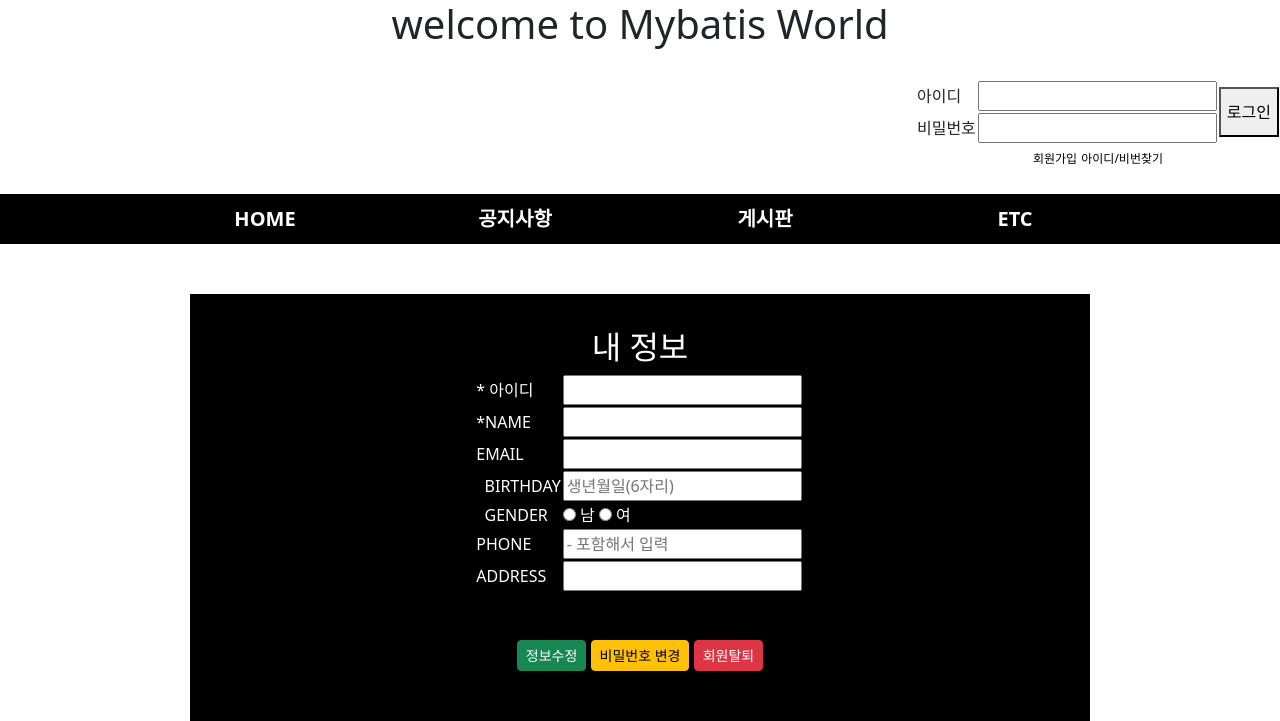
Repository: eru2/Study
Page: http://localhost/mybatisProject/views/member/myPage.jsp
These files come from the project's save history. The page is drawn as it stood at one moment and after the next save; the edit follows.
The browser window is 1280 px wide. The pictures show the whole page.
The page is served by Tomcat 10. Other server files are loaded and not shown.

Above is the page before, as saved 2025-03-06 08:26:34.
Console error: ReferenceError: interest is not defined

### 08_MyBatis/mybatisProject/src/main/webapp/views/member/myPage.jsp
<%@ page language="java" contentType="text/html; charset=UTF-8"
    pageEncoding="UTF-8"%>
<!DOCTYPE html>
<html>
<head>
	<meta charset="UTF-8">
	<meta name="viewport" content="width=device-width, initial-scale=1.0">
	<!-- Latest compiled and minified CSS -->
<link href="https://cdn.jsdelivr.net/npm/bootstrap@5.3.3/dist/css/bootstrap.min.css" rel="stylesheet">

<!-- Latest compiled JavaScript -->
<script src="https://cdn.jsdelivr.net/npm/bootstrap@5.3.3/dist/js/bootstrap.bundle.min.js"></script>
	<title>Insert title here</title>
	<style>
		.outer{
			background: #4b89fc;
			color: white;
			width: 1000PX;
			margin: auto;
			margin-top: 50px;
			padding: 10px 0px 50px;
		}

		.outer table{
			margin: auto;
		}

		#update-pwd-modal .modal-body form{
			display: flex;
			flex-direction: column;
		}
	</style>
</head>
<body>
	<%@ include file="../common/menubar.jsp" %>

	<div class="outer">
		<br>
		<h2 align="center">내 정보</h2>
		<form action="${pageContext.request.contextPath}/update.me" method="post" id="update-form">
			<table>
				<tr>
					<td>* 아이디</td>
					<td><input type="text" name="userId" maxlength="15" readonly value="${loginUser.userId}"></td>
					<td></td>
				</tr>
				<tr>
					<td>*NAME</td>
					<td><input type="text" name="userName" maxlength="8" readonly value="${loginUser.userName}"></td>
					<td></td>
					</tr>
					<tr>

					<td>EMAIL</td>
					<td><input type="text" name="email" value="${loginUser.email}"></td>
					<td></td>
				</tr>
				<tr>
						<td>&nbsp;&nbsp;BIRTHDAY</td>
						<td><input type="text" name="birthday" placeholder="생년월일(6자리)" value="${loginUser.birthday}"></td>
				</tr>
					<tr>
						<td>&nbsp;&nbsp;GENDER</td>
						<td>
							<input type="radio" name="gender" value="M"> 남
							<input type="radio" name="gender" value="F"> 여
						</td>
					</tr>
				<tr>
					<td>PHONE</td>
					<td><input type="text" name="phone" placeholder="- 포함해서 입력" value="${loginUser.phone}"></td>
					<td></td>
				</tr>
				<tr>
					<td>ADDRESS</td>
					<td><input type="text" name="address" value="${loginUser.address}"></td>
					<td></td>
				</tr>
			</table>
			<script>
				const gender = "${loginUser.gender}";
				const input = document.querySelectorAll("input[name=gender]");
					if(interest.includes(input.value)){ // gender에 input.value의 값이 포함되어 있다면
						input.checked = true;
					}
			</script>

			<br><br>

			<div align="center">
				<button type="submit" class="btn btn-sm btn-success">정보수정</button>
				<button type="button" class="btn btn-sm btn-warning" data-bs-toggle="modal" data-bs-target="#update-pwd-modal">비밀번호 변경</button>
				<button type="button" class="btn btn-sm btn-danger" data-bs-toggle="modal" data-bs-target="#delete-member-modal">회원탈퇴</button>
			</div>
		</form>
	</div>
	<!--
		탈퇴하기 버튼 클릭시
		탈퇴 후 복구가 불가능합니다.
		정말 탈퇴하시겠습니까?
		비밀번호 :
		탈퇴하기버튼 -> /delete.me
		=>  /delete.me받은 서버는 비밀번호가 맞는지 확인 후 status -> N으로 변경하고 로그아웃
	 -->



	<!-- 비밀번호 변경 팝업 -->
	<div class="modal" id="update-pwd-modal">
	  <div class="modal-dialog">
	    <div class="modal-content">

	      <!-- Modal Header -->
	      <div class="modal-header">
	        <h4 class="modal-title">비밀번호 변경</h4>
	        <button type="button" class="btn-close" data-bs-dismiss="modal"></button>
	      </div>

	      <!-- Modal body -->
	      <div class="modal-body">
			<form action="${pageContext.request.contextPath}/updatePwd.me" method="post">
				<table align="center">
					<tr>
						<td>현재 비밀번호</td>
						<td><input type="password" name="userPwd" required></td>
					</tr>
					<tr>
						<td>변경할 비밀번호</td>
						<td><input type="password" name="updatePwd" required></td>
					</tr>
					<tr>
						<td>변경할 비밀번호 학인</td>
						<td><input type="password" name="checkPwd" required></td>
					</tr>
				</table>
				<br>
				<button id="edit-pwd-btn" type="submit" class="btn btn-sm btn-primary">비밀번호 변경</button>
			</form>

			<script>
				document.getElementById('edit-pwd-btn').onclick = function(){
					const pwd = document.querySelector("#update-pwd-modal input[name=updatePwd]").value;
					const pwdCheck = document.querySelector("#update-pwd-modal input[name=checkPwd]").value;

					if(pwd !== pwdCheck){
						alert("변경할 비밀번호가 일치하지 않습니다.");
						return false;
					}
				}

			</script>
	      </div>
	    </div>
	  </div>
	</div>

	<!-- 탈퇴 팝업 -->
	<div class="modal" id="delete-member-modal">
	  <div class="modal-dialog">
	    <div class="modal-content">

	      <!-- Modal Header -->
	      <div class="modal-header">
	        <h4 class="modal-title">회원탈퇴</h4>
	        <button type="button" class="btn-close" data-bs-dismiss="modal"></button>
	      </div>

	      <!-- Modal body -->
	      <div class="modal-body">
			<form action="${pageContext.request.contextPath}/delete.me" method="post">
				<b>탈퇴 후 복구가 불가능합니다.<br>
				정말로 탈퇴하시겠습니까?</b>
				<br><br>
				비밀번호  : <input type="password" name="userPwd" required>
				<br><br>
				<button type="submit" class="btn btn-sm btn-danger">탈퇴하기</button>
			</form>
	      </div>
	    </div>
	  </div>
	</div>
</body>
</html>

### 08_MyBatis/mybatisProject/src/main/webapp/views/common/menubar.jsp
<%@ page language="java" contentType="text/html; charset=UTF-8"
    pageEncoding="UTF-8"%>
<%@ taglib prefix="c" uri="http://java.sun.com/jsp/jstl/core" %>
<!DOCTYPE html>
<html>
<head>
<meta charset="UTF-8">
<title>Insert title here</title>
<style>
    .login-area a{
        text-decoration: none;
        color: black;
        font-size: 12px;
    }

    .nav-area{
        background: black;
        color: white;
        height: 50px;
    }
    .menu{
        display: table-cell;
        width: 250px;
        height: 50px;
        vertical-align: middle;
        font-size: 20px;
        font-weight: bold;
    }
    .outer{
    	width: 900px;
    	background: black;
    	color: white;
    	margin: auto;
    	margin-top: 50px;
    }
</style>
</head>
<body>

    <h1 align="center">welcome to Mybatis World</h1>
    <br>

    <div class="login-area" align="right">
       <c:choose>
       <c:when test="${empty loginUser}">
	        <form action="${pageContext.request.contextPath}/login.me" method="post">
		        <table>
		            <tr>
		                <td>아이디</td>
		                <td><input type="text" name="userId" required></td>
		                <td rowspan="2"><button type="submit" style="height: 50px;">로그인</button></td>
		            </tr>
		            <tr>
		                <td>비밀번호</td>
		                <td><input type="password" name="userPwd" required></td>

		            </tr>
		            <tr>
		                <td colspan="3" align="center">
		                    <a href="enrollForm.me">회원가입</a>
		                    <a href="">아이디/비번찾기</a>
		                </td>
		            </tr>
	            </table>
	        </form>
     	</c:when>
       	<c:otherwise>
        	<!-- 로그인후 -->
	        <div>
	            <table>
	                <tr>
	                    <td colspan="2">
	                        <h3>${loginUser.userName }님 환영합니다. </h3>
	                    </td>
	                    <td></td>
	                </tr>
	                <tr>
	                    <td><a href="myPage.me">마이페이지</a></td>
	                    <td><a href="">로그아웃</a></td>
	                </tr>
	            </table>
	        </div>
        </c:otherwise>
        </c:choose>
    </div>
    <br>

    <div class="nav-area" align="center">
        <div class="menu">HOME</div>
        <div class="menu">공지사항</div>
        <div class="menu">게시판</div>
        <div class="menu">ETC</div>
    </div>
</body>
</html>

After the next save:
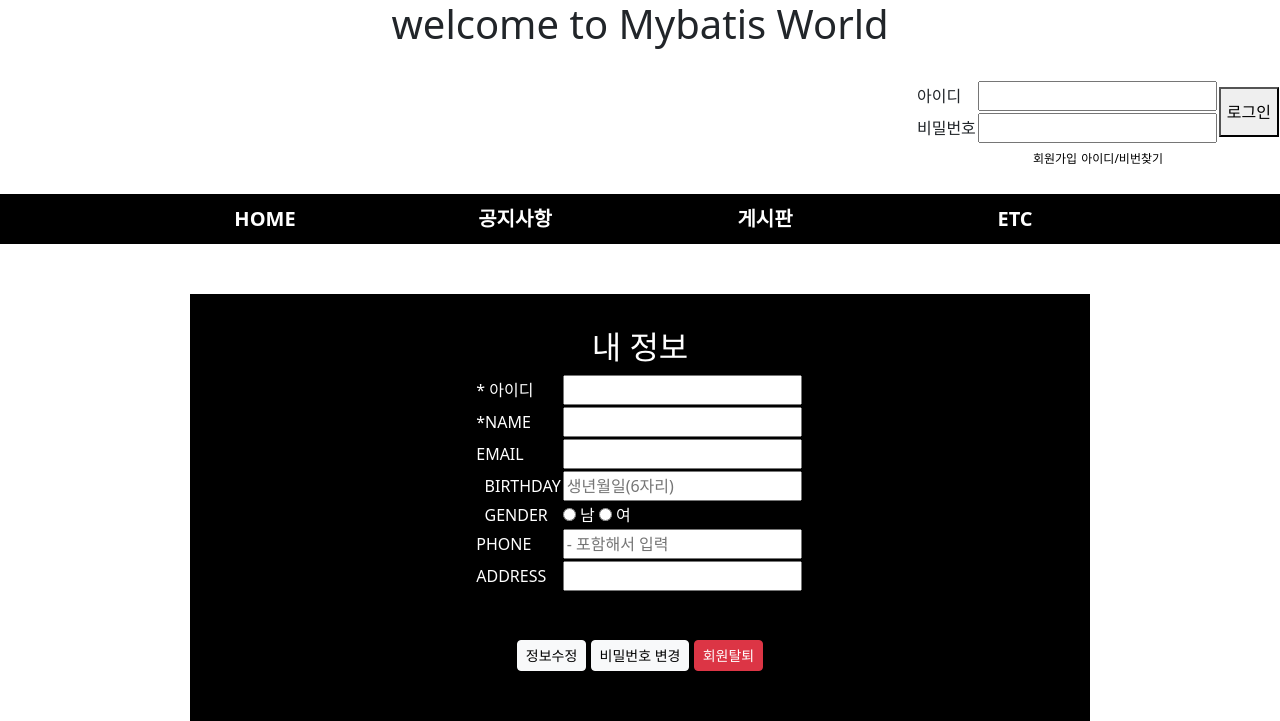
Saved 34 s later.
--- a/08_MyBatis/mybatisProject/src/main/webapp/views/member/myPage.jsp
+++ b/08_MyBatis/mybatisProject/src/main/webapp/views/member/myPage.jsp
@@ -88,8 +88,8 @@
 			<br><br>
 
 			<div align="center">
-				<button type="submit" class="btn btn-sm btn-success">정보수정</button>
-				<button type="button" class="btn btn-sm btn-warning" data-bs-toggle="modal" data-bs-target="#update-pwd-modal">비밀번호 변경</button>
+				<button type="submit" class="btn btn-sm btn-light">정보수정</button>
+				<button type="button" class="btn btn-sm btn-light" data-bs-toggle="modal" data-bs-target="#update-pwd-modal">비밀번호 변경</button>
 				<button type="button" class="btn btn-sm btn-danger" data-bs-toggle="modal" data-bs-target="#delete-member-modal">회원탈퇴</button>
 			</div>
 		</form>
